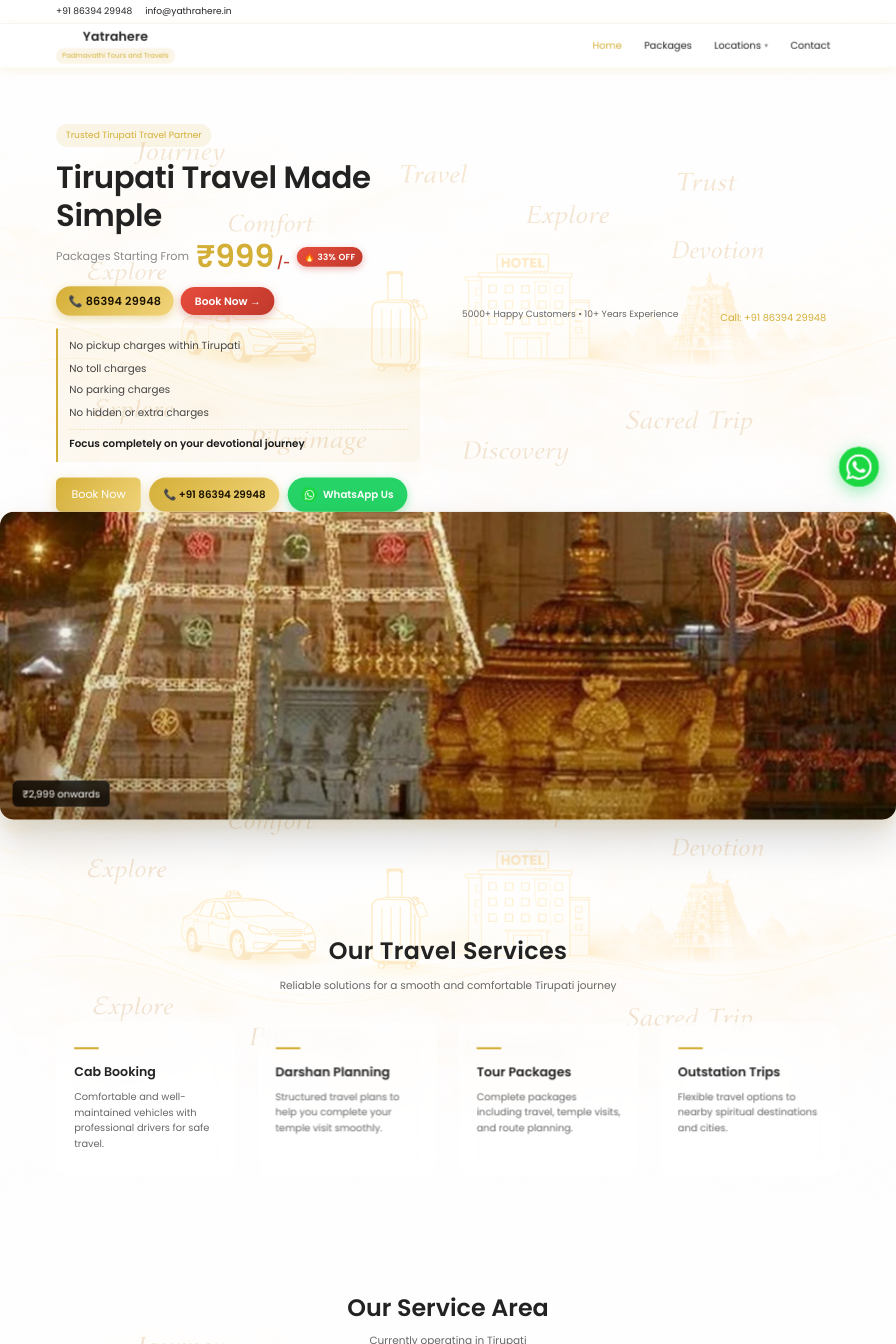
Repository: heytirupati/Bookingweb
Page: index.html
An editor plug-in stored every save of this project. The page is shown before and after the next save, followed by the edit.
The browser window is 1280 px wide. The pictures show the part of the page from y = 0 to 1920 px (the page is 5735 px tall before and 5748 px after), at 70% of full size.
Backgrounds fixed to the window are drawn as part of the page.

Above is the page before, as saved 2026-04-29 09:35:31.

After the next save:
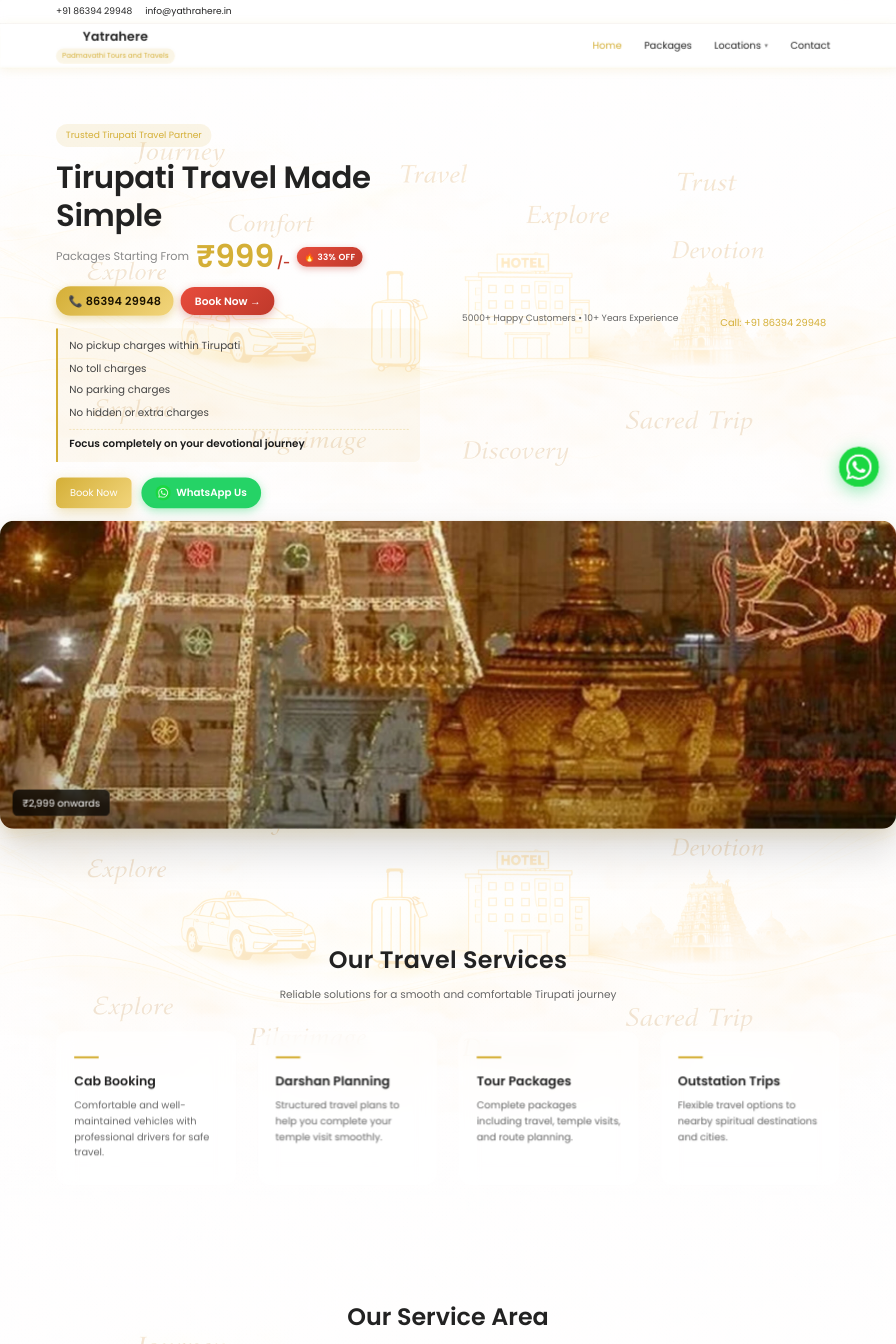
Saved 114 s later.
--- a/index.html
+++ b/index.html
@@ -98,9 +98,8 @@
                 </div>
             </div>
 
-            <div class="booking-contact-row">
+            <div class="hero-buttons">
                 <a href="booking.html" class="btn btn-primary">Book Now</a>
-                <a href="tel:+918639429948" class="booking-phone-pill">📞 +91 86394 29948</a>
                 <a href="https://wa.me/918639429948" target="_blank" class="booking-wa-pill">
                     <img src="images/whatsapplogo.png" alt="WhatsApp" class="wa-btn-icon"> WhatsApp Us
                 </a>
